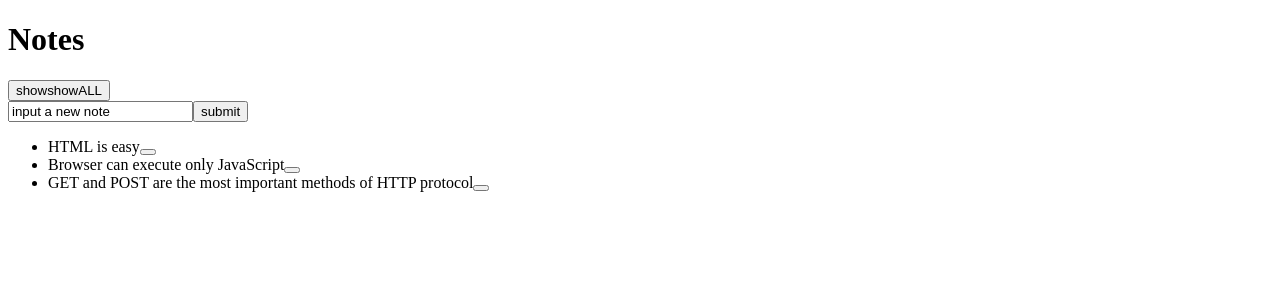
Repository: 2Lavine/fullstack
Page: / (app in part2/)
An editor plug-in stored every save of this project. The page is shown before and after the next save, followed by the edit.
The browser window is 1280 px wide. The pictures show the whole page.
The project was rebuilt for these pictures with package versions that can differ from the ones it lists, and the page was loaded fresh each time. Requests to the local data server were answered from the project's data file.

Above is the page before, as saved 2020-09-06 13:49:30.

### part2/src/index.js
import React, { useState } from "react";
import ReactDOM from "react-dom";
import App from "./App.js";
ReactDOM.render(<App></App>, document.getElementById("root"));

### part2/src/App.js
import React, { useState, useEffect } from "react";
import Note from "./components/Note";
import Axios from "axios";

const App = () => {
  const [notes, setNotes] = useState([]);
  const [newNote, setNewNote] = useState("input a new note");
  const [showAll, setShowAll] = useState(true);
  const hook = () => {
    Axios.get("http://localhost:3001/notes").then((res) => {
      console.log(res, "fulfilled");
      setNotes(res.data);
    });
  };
  useEffect(hook, []);
  const addNote = (e) => {
    e.preventDefault();
    const newNoteObject = {
      content: newNote,
      date: new Date().toISOString(),
      important: Math.random() < 0.5,
    };
    Axios.post("http://localhost:3001/notes", newNoteObject).then((res) => {
      setNotes(notes.concat(res.data));
      setNewNote("");
    });
  };
  const handleNoteChange = (e) => {
    console.log(e.target.value);
    setNewNote(e.target.value);
  };
  const handleNoteShow = (e) => {
    setShowAll(!showAll);
    console.log(notesToShow);
  };
  const notesToShow = showAll
    ? notes
    : notes.filter((item) => item.important === true);

  return (
    <div>
      <h1>Notes</h1>
      <div>
        <button onClick={handleNoteShow}>
          show{showAll ? "showALL" : "important"}
        </button>
      </div>
      <form onSubmit={addNote}>
        <input value={newNote} onChange={handleNoteChange}></input>
        <button type="submit">submit</button>
      </form>
      <ul>
        {notesToShow.map((note) => (
          <Note note={note} key={note.id}></Note>
        ))}
      </ul>
    </div>
  );
};

export default App;

### part2/src/components/Note.js
import React from "react";

const Note = ({ note, toggleImportance }) => (
  <li>
    {note.content}
    <button onClick={toggleImportance}></button>
  </li>
);

export default Note;

Loaded but not shown: part2/public/index.html (common file); part2/db.json (common file)

After the next save:
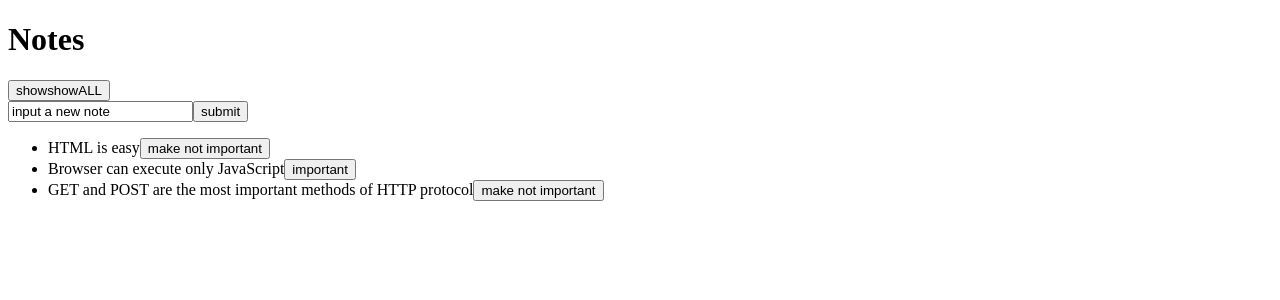
Saved 63 s later.
--- a/part2/src/components/Note.js
+++ b/part2/src/components/Note.js
@@ -1,10 +1,13 @@
 import React from "react";
 
-const Note = ({ note, toggleImportance }) => (
-  <li>
-    {note.content}
-    <button onClick={toggleImportance}></button>
-  </li>
-);
+const Note = ({ note, toggleImportance }) => {
+  const label = note.important ? "make not important" : "important";
+  return (
+    <li>
+      {note.content}
+      <button onClick={toggleImportance}>{label}</button>
+    </li>
+  );
+};
 
 export default Note;
